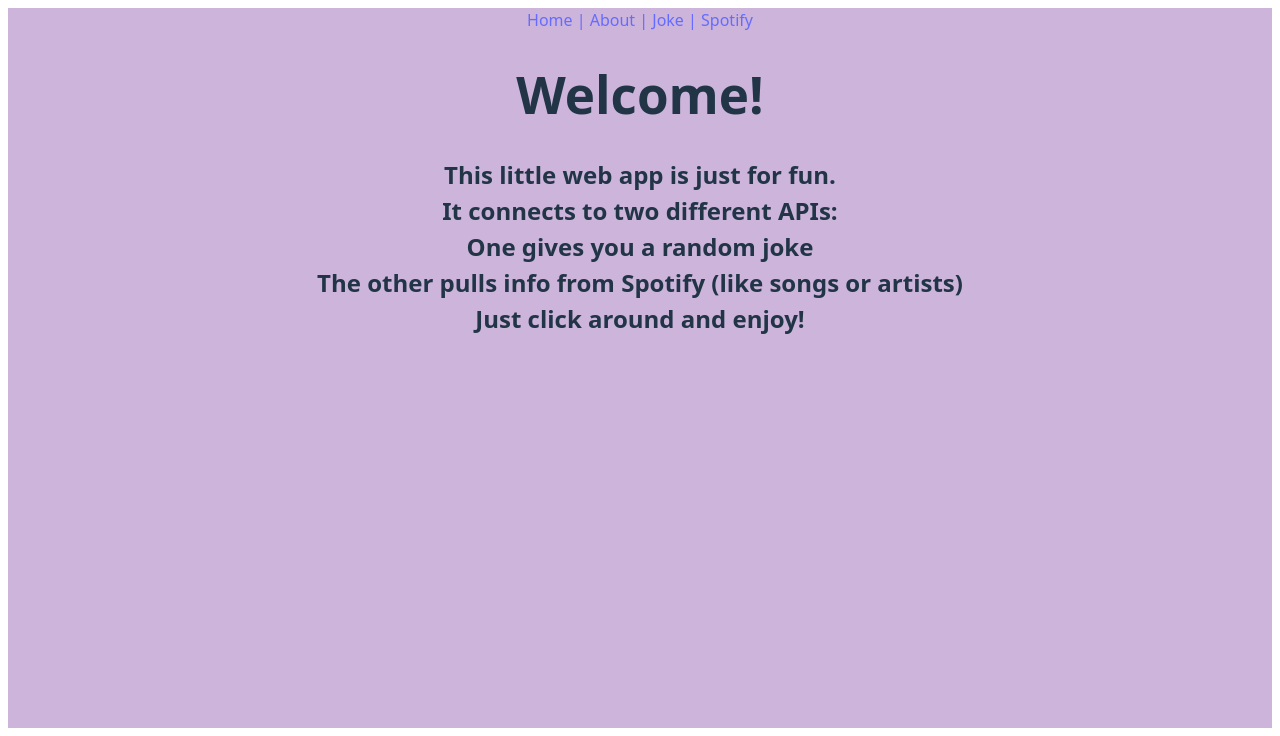
Repository: rosieomusic/spotify-react
Page: /
An editor plug-in stored every save of this project. The page is shown before and after the next save, followed by the edit.
The browser window is 1280 px wide. The pictures show the whole page.
The project was rebuilt for these pictures with package versions that can differ from the ones it lists, and the page was loaded fresh each time. Settings that the repository does not hold, such as keys and server addresses, were given made-up values. Also part of the build but not shown: vite.config.js, src/pages/AboutPage.jsx, src/services/SpotifyService.js, src/components/AlbumComponent.jsx, src/pages/SpotifyPage.jsx, src/services/JokeService.js, src/pages/JokePage.jsx.

Above is the page before, as saved 2025-05-09 18:39:46.

After the next save:
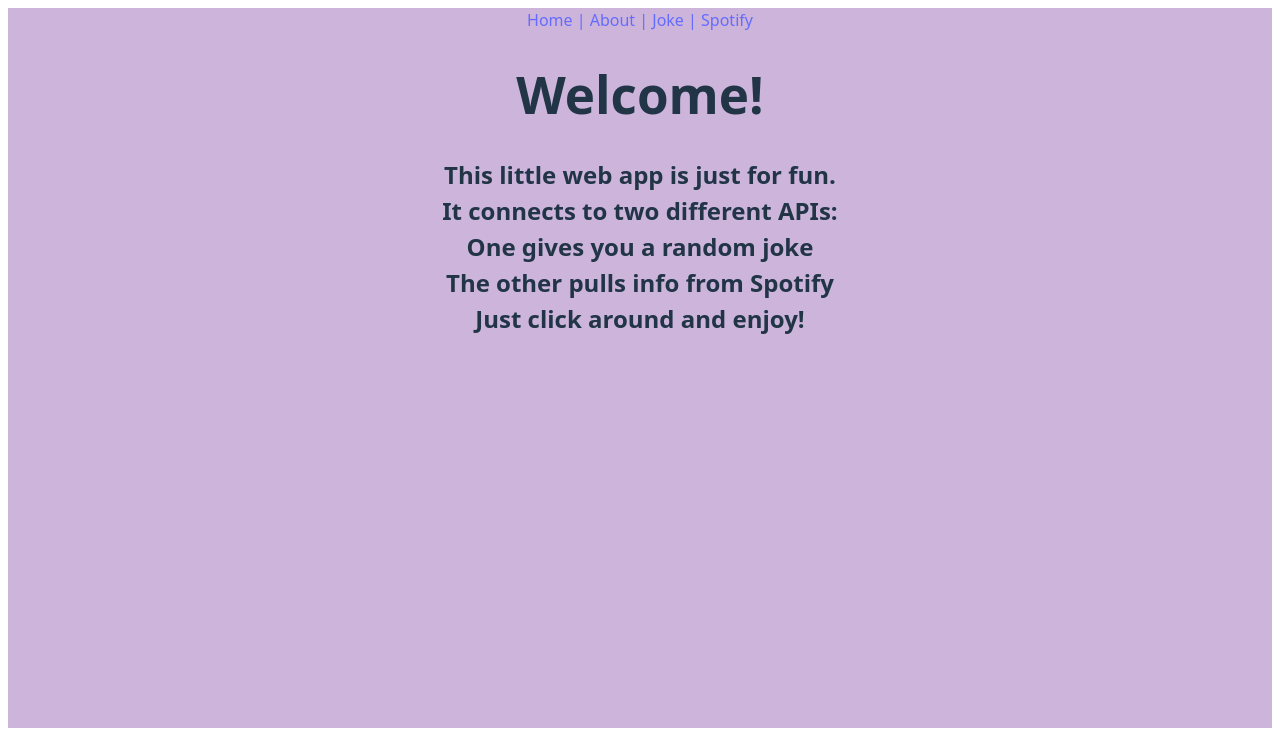
Saved 13 s later.
--- a/src/pages/HomePage.jsx
+++ b/src/pages/HomePage.jsx
@@ -8,7 +8,8 @@ export default function HomePage() {
 				This little web app is just for fun. <br />
 				It connects to two different APIs: <br />
 				One gives you a random joke <br />
-				The other pulls info from Spotify (like songs or artists) <br />
+				The other pulls info from Spotify
+				<br />
 				Just click around and enjoy!
 			</h2>
 		</div>
